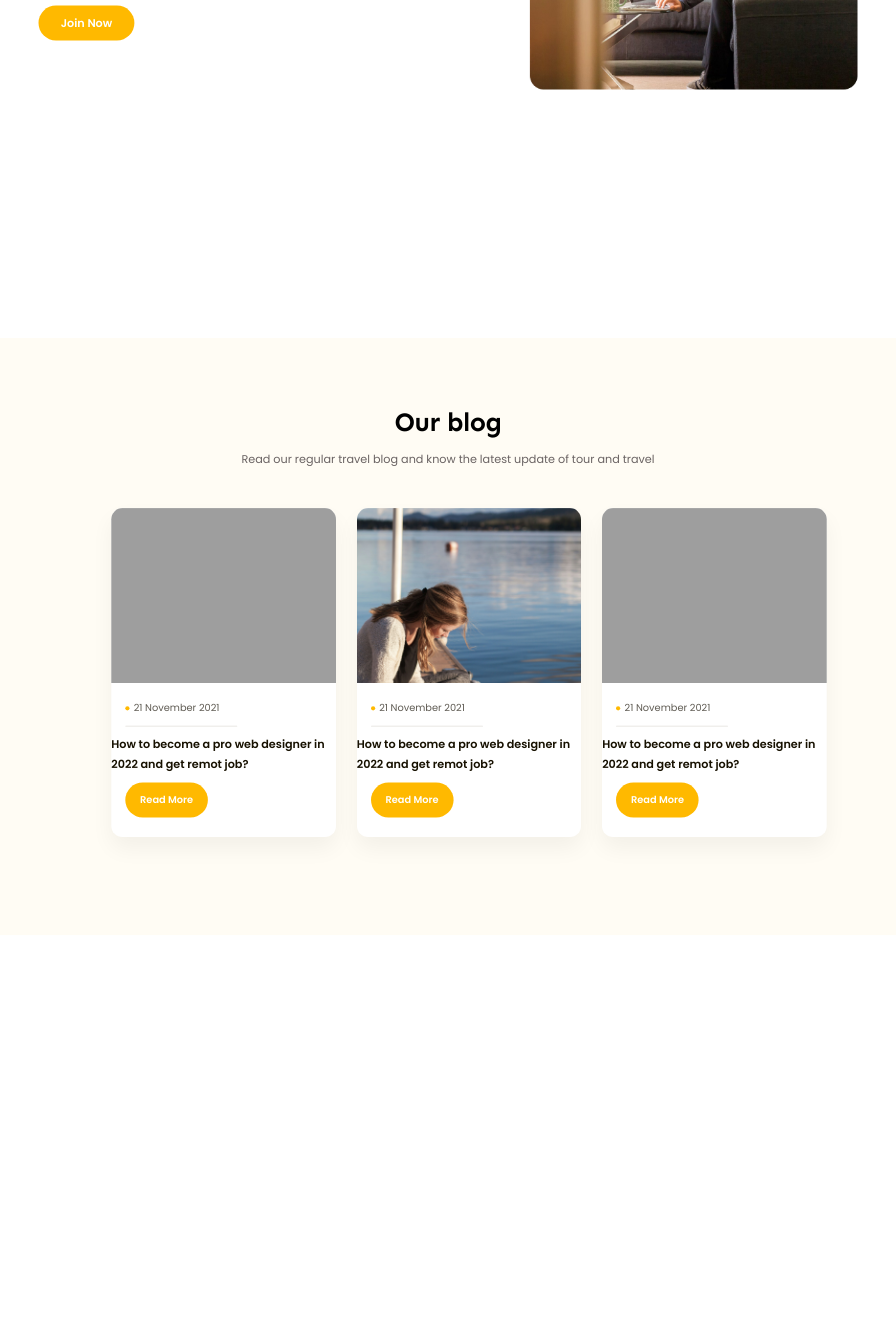
Repository: Toihoclaptrinh/duan1_figma
Page: index.html
These files come from the project's save history. The page is drawn as it stood at one moment and after the next save; the edit follows.
The browser window is 1280 px wide. The pictures show the part of the page from y = 3497 to 5417 px (the page is 10000 px tall), at 70% of full size.
Pictures or frames that could not be fetched are drawn as grey boxes.

Above is the page before, as saved 2024-02-17 10:36:44.

After the next save:
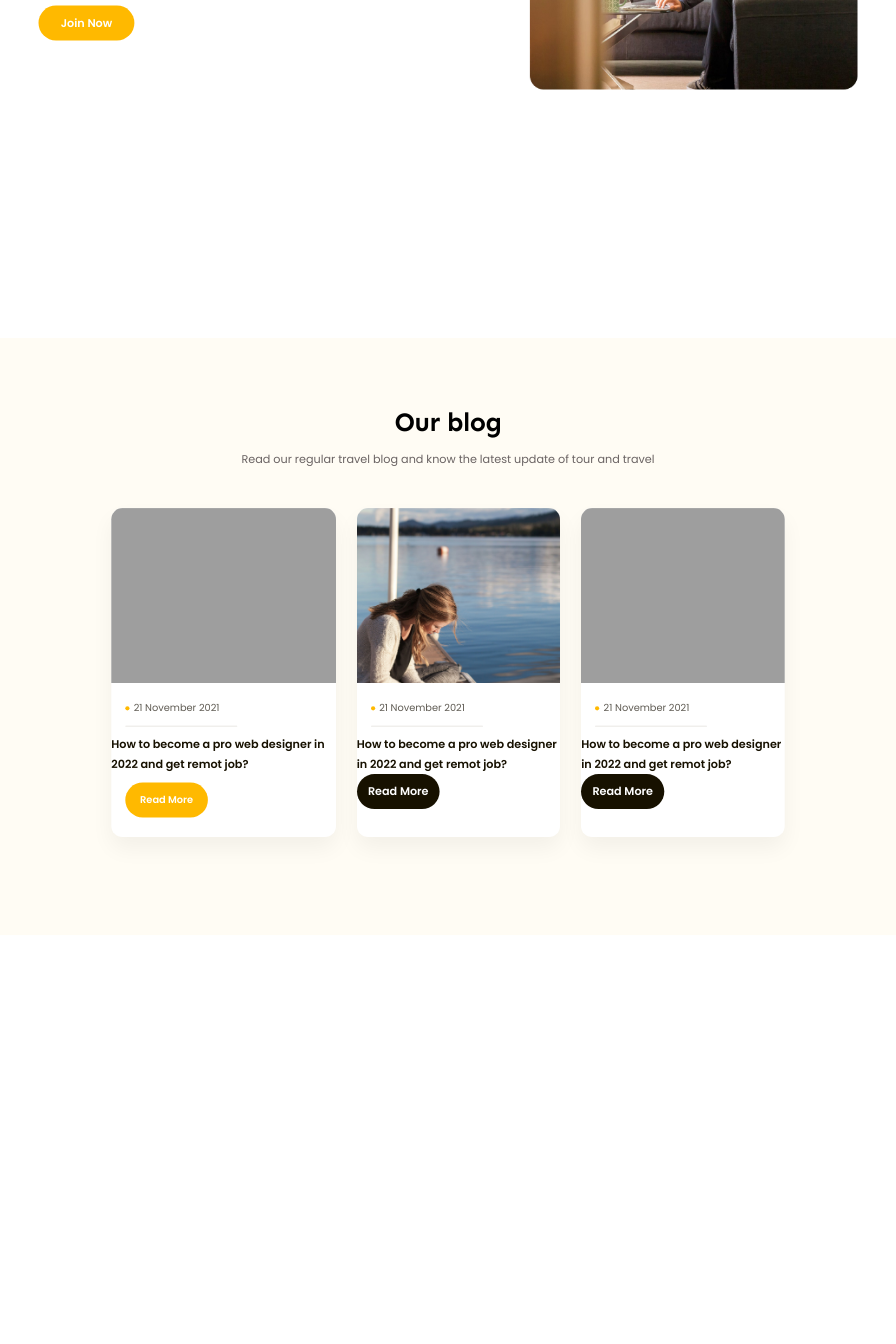
Saved 8 s later.
--- a/assets/css/style.css
+++ b/assets/css/style.css
@@ -681,7 +681,7 @@ a {
   margin-top: 25px;
 }
 
-.blog-item .blog-content .btn {
+.blog-item .blog-content .btn.active {
   margin: 12px 231px 28px 20px;
   min-width: 118px;
   color: #fff;
